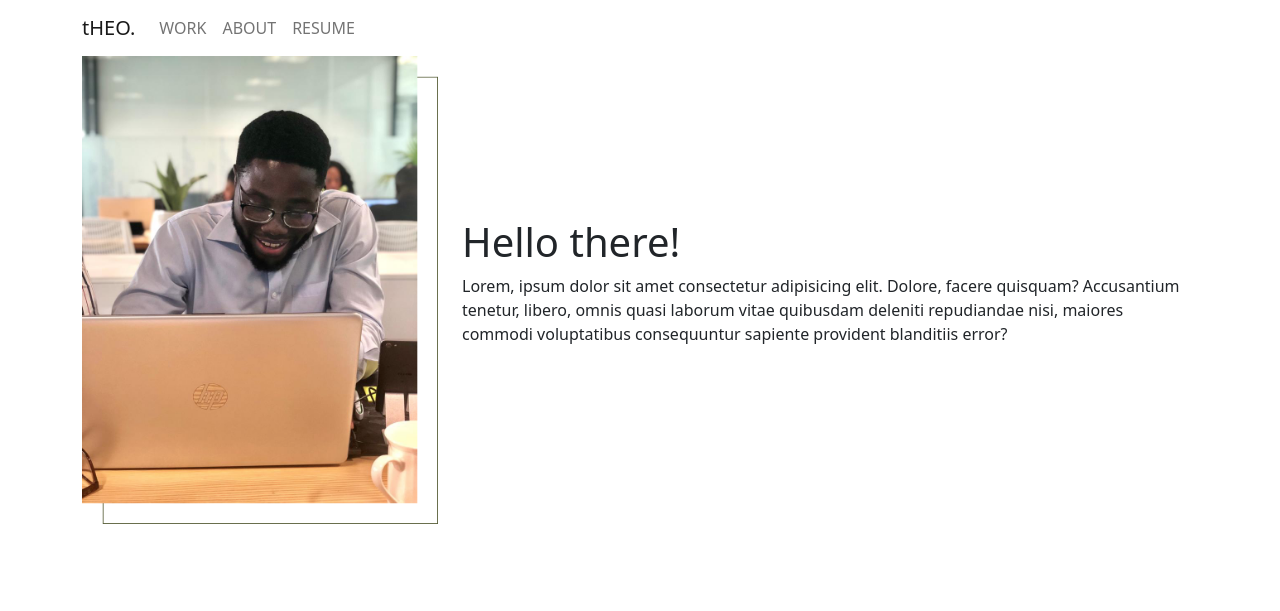
Repository: tHEO2k17/portfolio
Page: /
An editor plug-in stored every save of this project. The page is shown before and after the next save, followed by the edit.
The browser window is 1280 px wide. The pictures show the whole page.
The project was rebuilt for these pictures with package versions that can differ from the ones it lists, and the page was loaded fresh each time.

Above is the page before, as saved 2021-07-21 23:04:03.

### public/index.html
<!DOCTYPE html>
<html lang="en">
  <head>
    <meta charset="utf-8" />
    <link rel="icon" href="%PUBLIC_URL%/favicon.ico" />
    <meta name="viewport" content="width=device-width, initial-scale=1" />
    <meta name="theme-color" content="#000000" />
    <meta
      name="description"
      content="Web site created using create-react-app"
    />
    <link rel="apple-touch-icon" href="%PUBLIC_URL%/logo192.png" />
    <link rel="manifest" href="%PUBLIC_URL%/manifest.json" />
    <title>Theophilus Paintsil - Portfolio</title>
  </head>
  <body>
    <noscript>You need to enable JavaScript to run this app.</noscript>
    <div id="root"></div>
  </body>
</html>

### src/index.tsx
import React from 'react';
import ReactDOM from 'react-dom';
import './index.scss';
import App from './presentation/App';

ReactDOM.render(
  <React.StrictMode>
    <App />
  </React.StrictMode>,
  document.getElementById('root')
);

### src/presentation/App.tsx
import React from 'react';
import { Switch, Route, BrowserRouter as Router, } from 'react-router-dom';
import HomePage from './pages/HomePage';

function App() {
  return (
    <Router>
      <Switch>
        <Route exact path="/" component={HomePage} />
      </Switch>
    </Router>
  );
}

export default App;

### src/presentation/pages/HomePage.tsx
import { Col, Container, Nav, Navbar, Row, Image } from "react-bootstrap";

export default function HomePage() {
    return (
        <Container fluid>
            <Navbar expand="lg" variant="light">
                <Container>
                    <Navbar.Brand href="#home">tHEO.</Navbar.Brand>
                    <Navbar.Toggle />
                    <Navbar.Collapse>
                        <Nav className="ml-0">
                            <Nav.Link href="#home">WORK</Nav.Link>
                            <Nav.Link href="#home">ABOUT</Nav.Link>
                            <Nav.Link href="#link">RESUME</Nav.Link>
                        </Nav>
                    </Navbar.Collapse>
                </Container>
            </Navbar>

            <header>
                <Container>
                    <Row className="align-items-center">
                        <Col md="4"> <Image src="assets/images/theo.png" fluid /> </Col>
                        <Col>
                            <h1>Hello there!</h1>
                            <p>
                                Lorem, ipsum dolor sit amet consectetur adipisicing elit. Dolore, facere quisquam? Accusantium tenetur, libero, omnis quasi laborum vitae quibusdam deleniti repudiandae nisi, maiores commodi voluptatibus consequuntur sapiente provident blanditiis error?
                            </p>
                        </Col>
                    </Row>
                </Container>
            </header>

        </Container>
    );
}

Loaded but not shown: src/index.scss (common file)

After the next save:
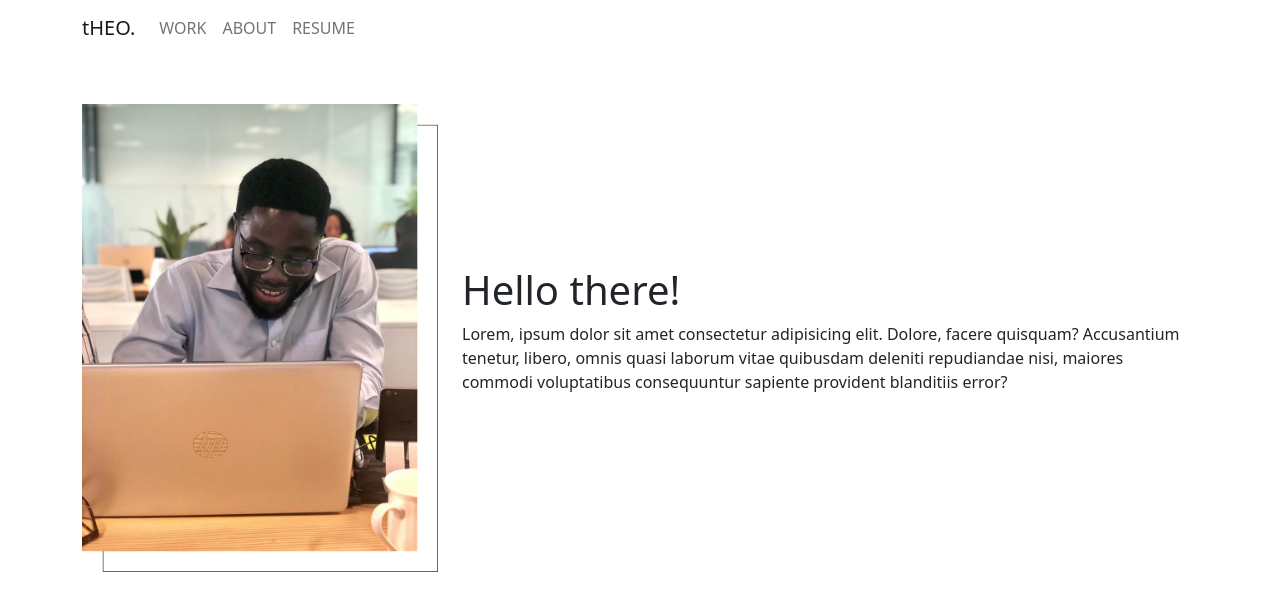
Saved 11 s later.
--- a/src/presentation/pages/HomePage.tsx
+++ b/src/presentation/pages/HomePage.tsx
@@ -19,7 +19,7 @@ export default function HomePage() {
 
             <header>
                 <Container>
-                    <Row className="align-items-center">
+                    <Row className="align-items-center py-5">
                         <Col md="4"> <Image src="assets/images/theo.png" fluid /> </Col>
                         <Col>
                             <h1>Hello there!</h1>
